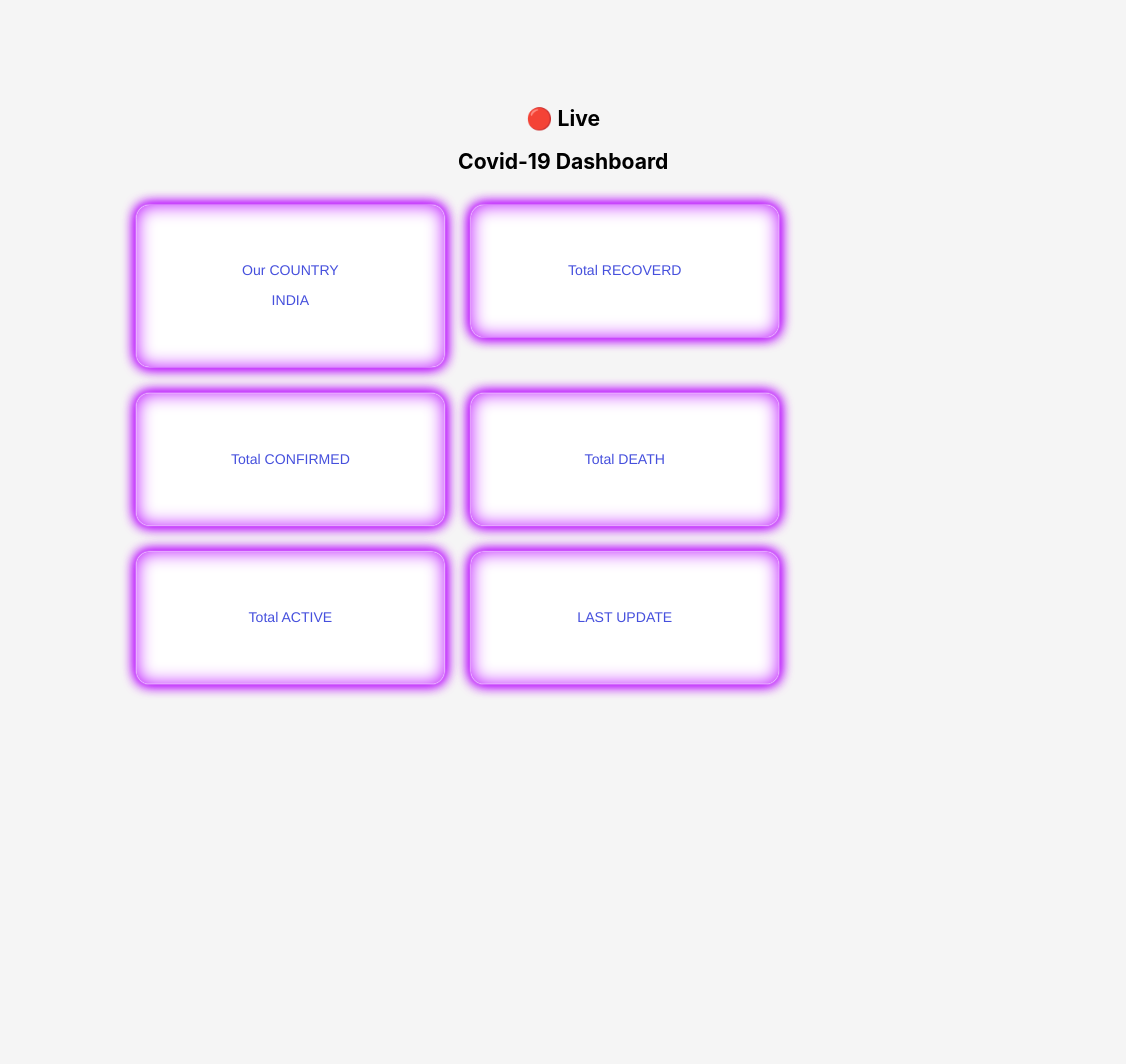
Repository: Aniketlamage/covid19-dashboard
Page: /
The author's editor kept a copy of each file at every save. The page is drawn from the files as they stood at one save, then again after the next save.
The browser window is 1280 px wide. The pictures show the whole page, at 88% of full size.
The page's requests for data from a server got no answer. The project was rebuilt for these pictures with package versions that can differ from the ones it lists, and the page was loaded fresh each time. No one was signed in, and anything a server would have sent is missing.

Above is the page before, as saved 2021-09-30 20:15:48.

After the next save:
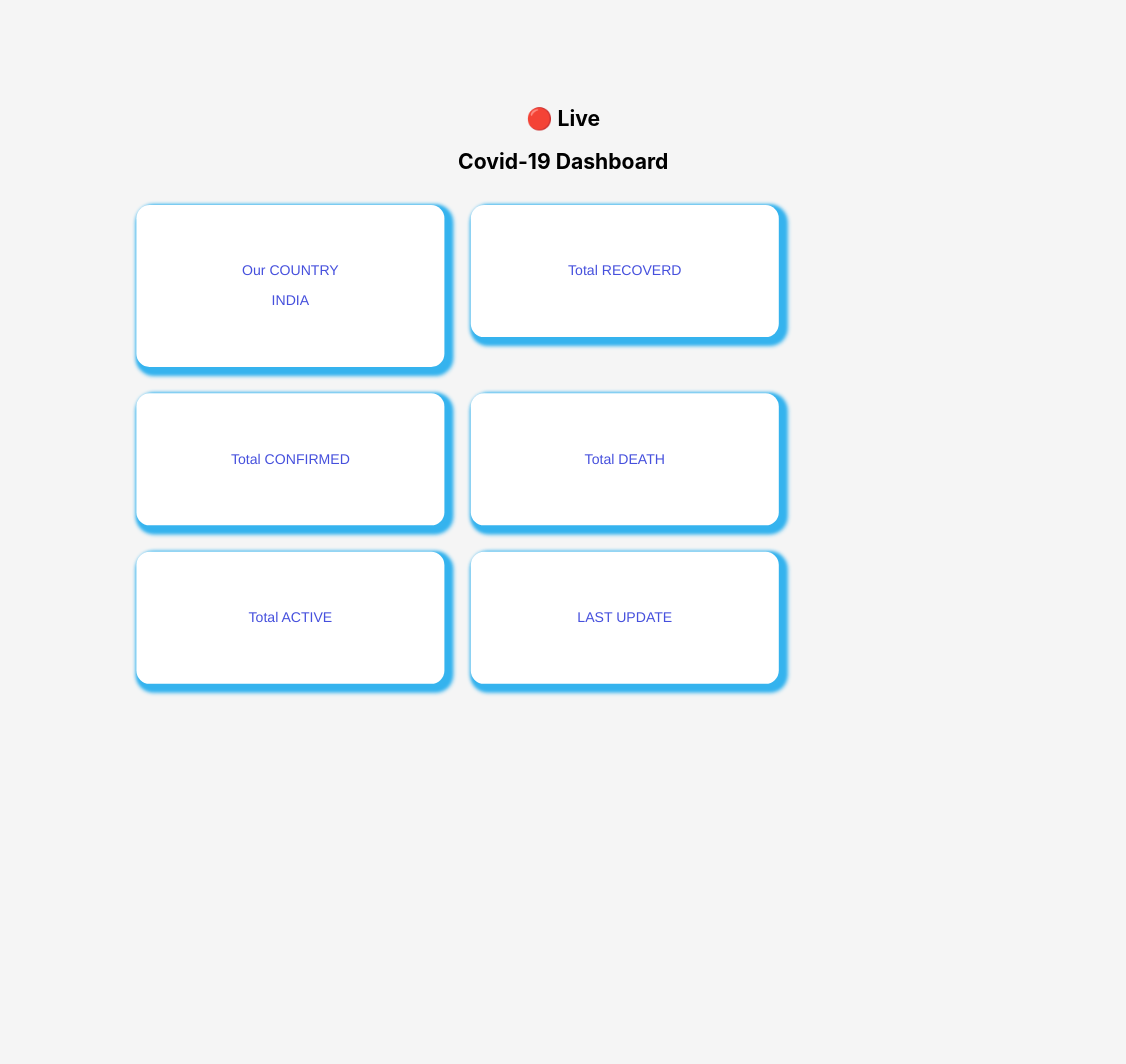
Saved 46 s later.
--- a/src/components/covid.css
+++ b/src/components/covid.css
@@ -31,15 +31,7 @@ div.card__main {
     padding: 50px;
     margin: 15px;
     align-items: center;
-    cursor: pointer;
-
-    /*box-shadow: 4px 4px 4px 4px #35b3ee, 5px 5px 5px 5px #35b3ee;*/
-    box-shadow: 0 0 .1rem #fff,
-    0 0 .1rem #fff,
-    0 0 1rem #bc13fe,
-    0 0 0.8rem #bc13fe,
-    0 0 1rem #bc13fe,
-    inset 0 0 1.3rem #bc13fe;
+    box-shadow: 4px 4px 4px 4px #35b3ee, 5px 5px 5px 5px #35b3ee;
  }
 
 
